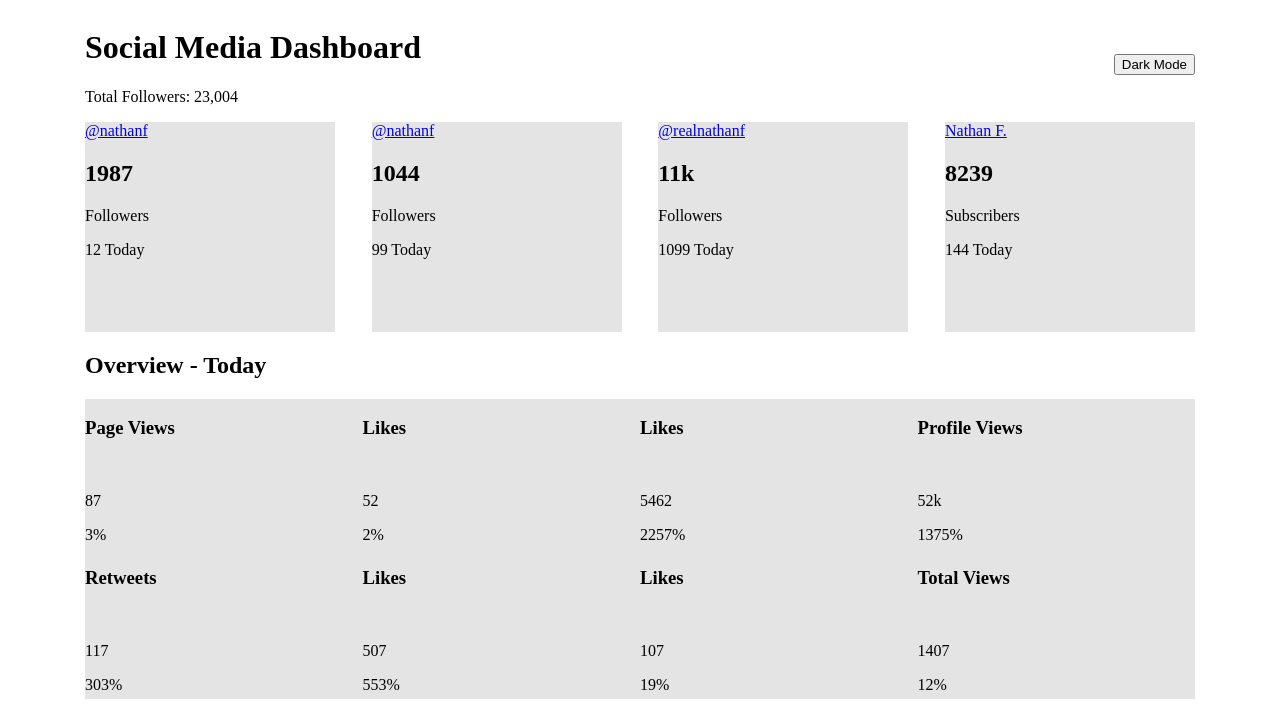
Repository: mamulini/social-media-dashboard-with-theme-switcher-master
Page: index.html
The author's editor kept a copy of each file at every save. The page is drawn from the files as they stood at one save, then again after the next save.
The browser window is 1280 px wide. The pictures show the whole page.

Above is the page before, as saved 2020-04-06 12:45:10.

### index.html
<!DOCTYPE html>
<html lang="en">

<head>
  <meta charset="UTF-8">
  <meta name="viewport" content="width=device-width, initial-scale=1.0">
  <link rel="icon" type="image/png" sizes="32x32" href="./images/favicon-32x32.png">
  <link rel="stylesheet" href="./css/style.css">
  <title>Frontend Mentor | [Challenge Name Here]</title>
</head>

<body>
  <main class="dashboard container">
    <header class="header">
      <div class="title">
        <h1 class="title__name">Social Media Dashboard</h1>
        <p class="title__total">Total Followers: 23,004</p>
      </div>
      <button class="theme" type="button">Dark Mode</button>
    </header>
    <div class="followers_block">
      <div class="folowers">
        <a class="followers__link" href="#">@nathanf</a>
        <h2 class="followers__sum">1987</h2>
        <p class="followers__title">Followers</p>
        <p class="followers__today">12 Today</p>
      </div>
      <div class="folowers">
        <a class="followers__link" href="#">@nathanf
        </a>
        <h2 class="followers__sum">1044</h2>
        <p class="followers__title">Followers</p>
        <p class="followers__today">99 Today</p>
      </div>
      <div class="folowers">
        <a class="followers__link" href="#">@realnathanf


        </a>
        <h2 class="followers__sum">11k</h2>
        <p class="followers__title">Followers</p>
        <p class="followers__today">1099 Today</p>
      </div>
      <div class="folowers">
        <a class="followers__link" href="#">Nathan F.
        </a>
        <h2 class="followers__sum">8239</h2>
        <p class="followers__title">Subscribers</p>
        <p class="followers__today">144 Today</p>
      </div>

    </div>
    <div class="overview">
      <h2 class="overview__title">Overview - Today</h2>
    </div>
    <div class="likes_counter">
      <div class="likes">
        <h3 class="likes__title">Page Views</h3>
        <img src="" alt="" class="like__icon">
        <p class="likes__num">87</p>
        <p class="likes__procent">3%</p>
      </div>
      <div class="likes">
        <h3 class="likes__title">Likes</h3>
        <img src="" alt="" class="like__icon">
        <p class="likes__num">52</p>
        <p class="likes__procent">2%</p>
      </div>
      <div class="likes">
        <h3 class="likes__title">Likes</h3>
        <img src="" alt="" class="like__icon">
        <p class="likes__num">5462</p>
        <p class="likes__procent">2257%</p>
      </div>
      <div class="likes">
        <h3 class="likes__title">Profile Views</h3>
        <img src="" alt="" class="like__icon">
        <p class="likes__num">52k</p>
        <p class="likes__procent">1375%</p>
      </div>
      <div class="likes">
        <h3 class="likes__title">Retweets</h3>
        <img src="" alt="" class="like__icon">
        <p class="likes__num">117</p>
        <p class="likes__procent">303%</p>
      </div>
      <div class="likes">
        <h3 class="likes__title">Likes</h3>
        <img src="" alt="" class="like__icon">
        <p class="likes__num">507</p>
        <p class="likes__procent">553%</p>
      </div>
      <div class="likes">
        <h3 class="likes__title">Likes</h3>
        <img src="" alt="" class="like__icon">
        <p class="likes__num">107</p>
        <p class="likes__procent">19%</p>
      </div>
      <div class="likes">
        <h3 class="likes__title">Total Views</h3>
        <img src="" alt="" class="like__icon">
        <p class="likes__num">1407</p>
        <p class="likes__procent">12%</p>
      </div>
    </div>
  </main>
  <!-- <div class="attribution">
    Challenge by <a href="https://www.frontendmentor.io?ref=challenge" target="_blank">Frontend Mentor</a>.
    Coded by <a href="#">Your Name Here</a>.
  </div> -->
</body>

</html>

### css/style.css
.container{
    max-width: 1110px;
    margin: 0 auto;

}

.header{
    display: flex;
    justify-content: space-between;
    align-items: center;
}

.followers_block{
    display: flex;
    justify-content: space-between;
}

.folowers{
    width: 250px;
    height: 210px;
    background: #e4e4e4;
}

.likes_counter{
    display: flex;
    justify-content: space-between;
    flex-wrap: wrap;
}

.likes{
    flex: 0 0 25%;
    width: 250px;
    height: 150px;
    background: #e4e4e4;
}






.attribution { font-size: 11px; text-align: center; }
.attribution a { color: hsl(228, 45%, 44%); }

After the next save:
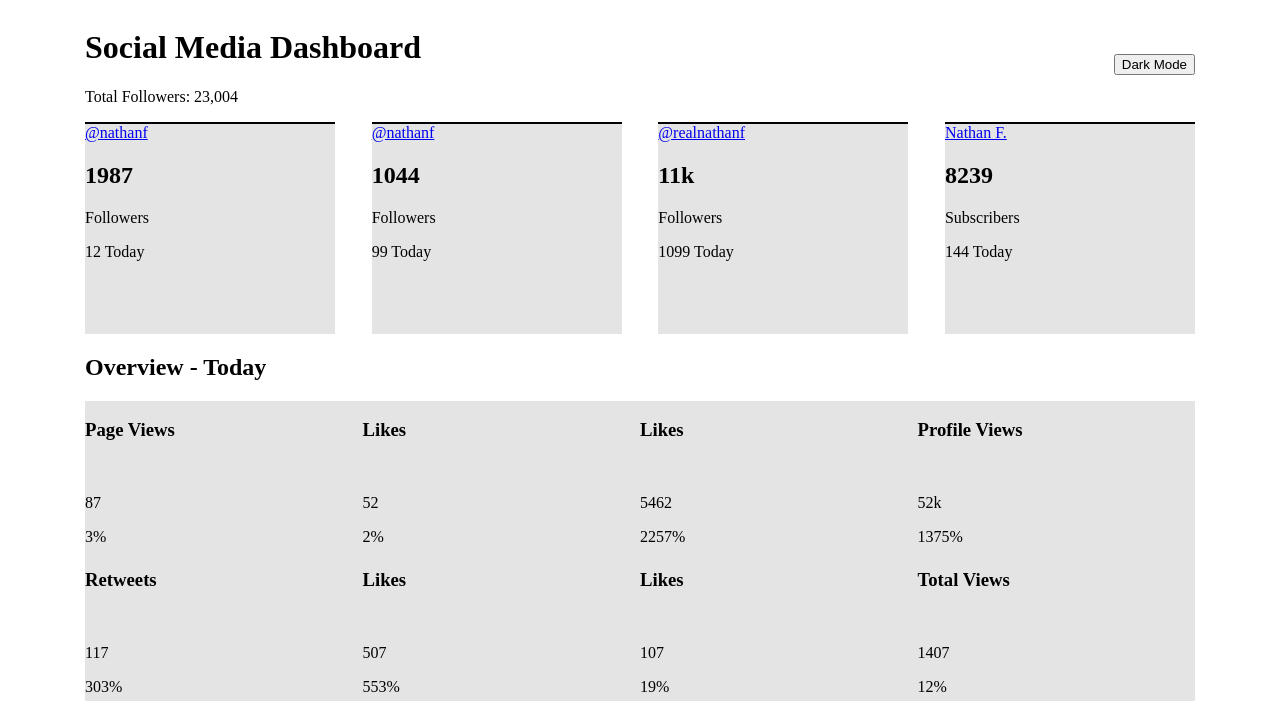
Saved 2 min 28 s later.
--- a/css/style.css
+++ b/css/style.css
@@ -19,6 +19,7 @@
     width: 250px;
     height: 210px;
     background: #e4e4e4;
+    border-top: 2px solid #000;
 }
 
 .likes_counter{
